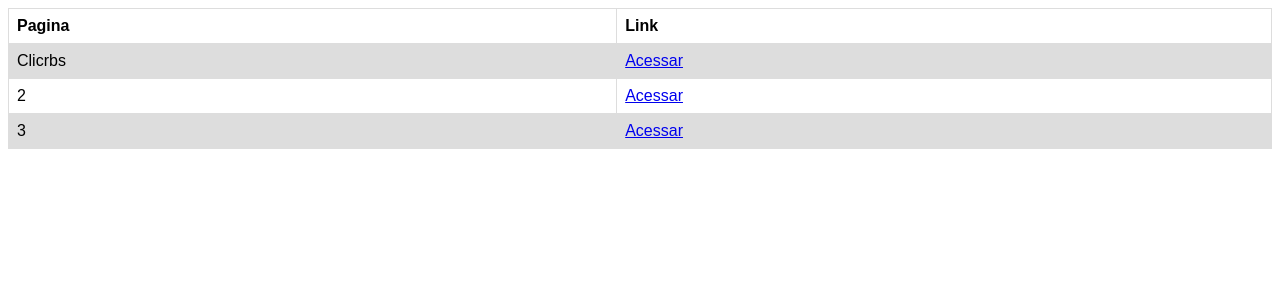
Repository: eduardocorreadesa/progweb
Page: Workspace/fj21-agenda/WebContent/cadastro.html
These files come from the project's save history. The page is drawn as it stood at one moment and after the next save; the edit follows.
The browser window is 1280 px wide. The pictures show the whole page.

Above is the page before, as saved 2016-10-05 00:03:58.

After the next save:
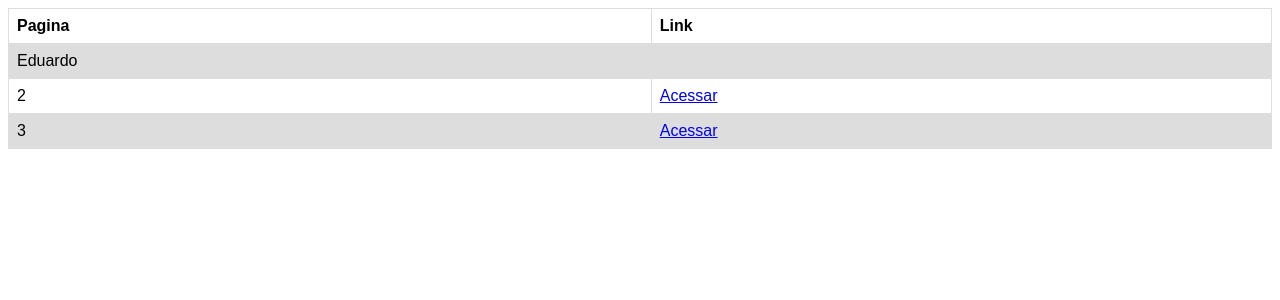
Saved 87 s later.
--- a/Workspace/fj21-agenda/WebContent/cadastro.html
+++ b/Workspace/fj21-agenda/WebContent/cadastro.html
@@ -30,9 +30,8 @@ tr:nth-child(even) {
 			<th>Link</th>
 		</tr>
 		<tr>
-			<td>Clicrbs</td>
-			<td><a
-				href="www.clicrbs.com.br/sc">Acessar</a></td>
+			<td>Eduardo</td>
+			<td><a Humano</a></td>
 		</tr>
 		<tr>
 			<td>2</td>
